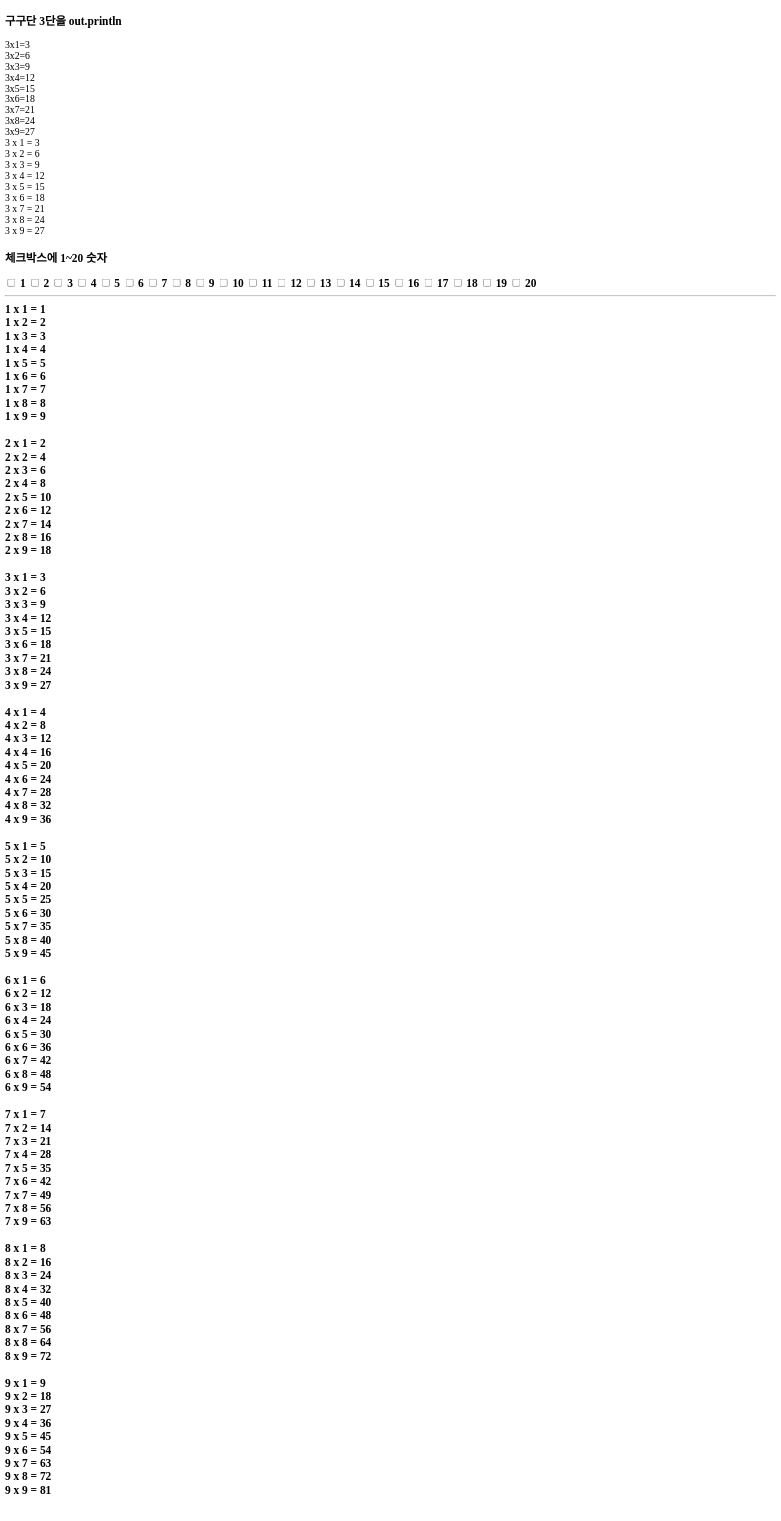
Repository: hyejux/jsp
Page: http://localhost/JSPBasic/jspTag/script02.jsp
An editor plug-in stored every save of this project. The page is shown before and after the next save, followed by the edit.
The browser window is 1280 px wide. The pictures show the whole page, at 61% of full size.
The page is served by Tomcat 10. Other server files are loaded and not shown.

Above is the page before, as saved 2024-06-25 02:19:18.

### JSPBasic/src/main/webapp/jspTag/script02.jsp
<%@ page language="java" contentType="text/html; charset=UTF-8"
    pageEncoding="UTF-8"%>
<!DOCTYPE html>
<html>
<head>
<meta charset="UTF-8">
<title>Insert title here</title>
</head>
<body>


	<h3> 구구단 3단을 out.println </h3>

	<%
		for (int i = 1; i<=9; i++){
			out.println(3 + "x" + i + "=" + i*3 + "<br>");
		}
	%>


		<% for (int i = 1; i<=9; i++){ %>
			3  x <%= i  %> = <%= i*3 %> <br>
		<% } %>




	<h3> 체크박스에 1~20 숫자 <h3>

	<% for (int i = 1; i<=20; i++) { %>
	<input type="checkbox"> <%= i %>
	 <% } %>
	 <br><hr>
	 <% for (int i = 1; i<=9; i++) { %>
	 <% for (int j = 1; j<=9; j++) { %>
	<%= i %> x <%= j %> = <%= i*j %><br>
	 <% } %>
	 <br>
	 <% } %>



</body>
</html>

After the next save:
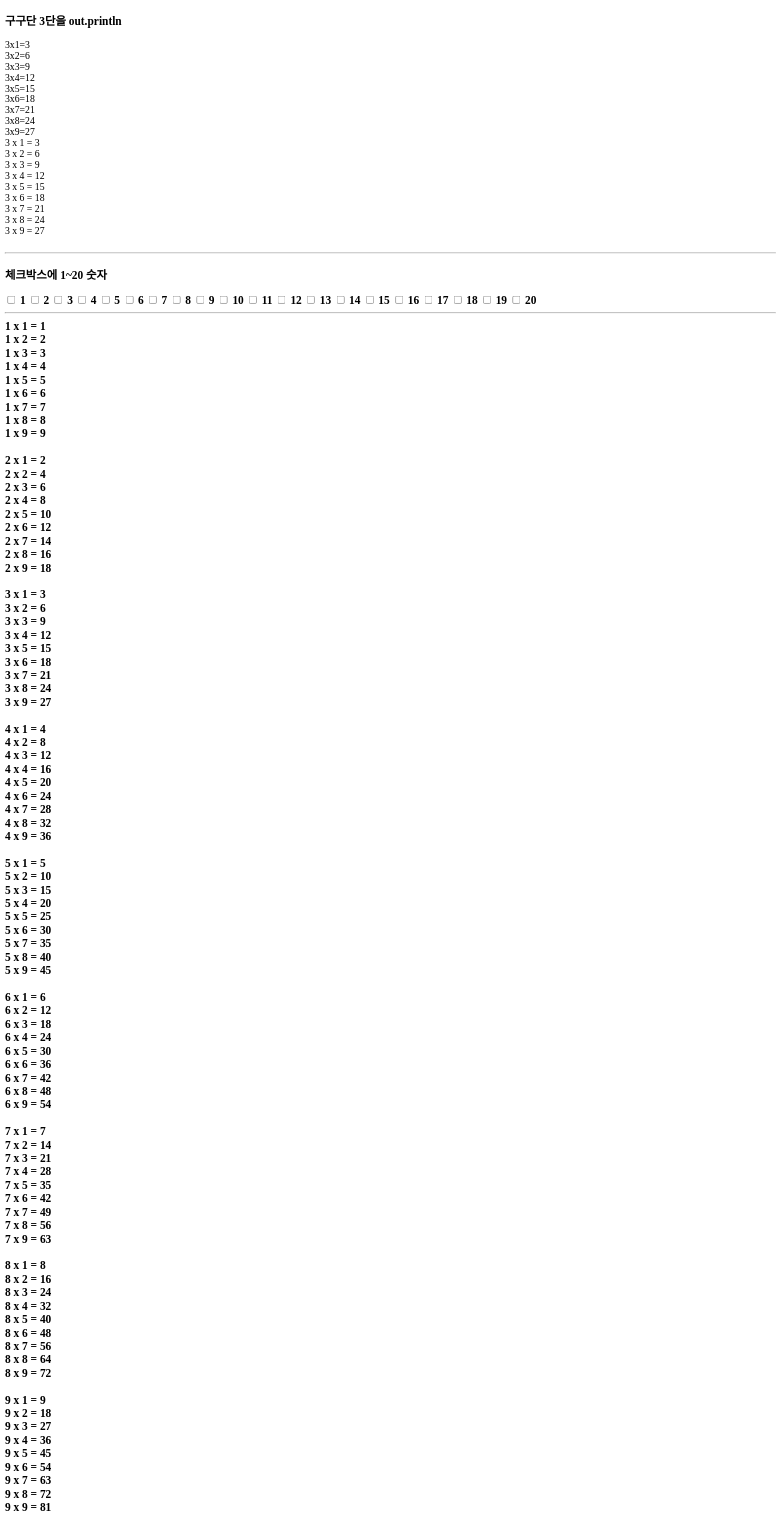
Saved 7 s later.
--- a/JSPBasic/src/main/webapp/jspTag/script02.jsp
+++ b/JSPBasic/src/main/webapp/jspTag/script02.jsp
@@ -22,7 +22,7 @@
 			3  x <%= i  %> = <%= i*3 %> <br>
 		<% } %>
 
-
+	<br><hr>
 
 
 	<h3> 체크박스에 1~20 숫자 <h3>
@@ -30,7 +30,9 @@
 	<% for (int i = 1; i<=20; i++) { %>
 	<input type="checkbox"> <%= i %>
 	 <% } %>
+
 	 <br><hr>
+
 	 <% for (int i = 1; i<=9; i++) { %>
 	 <% for (int j = 1; j<=9; j++) { %>
 	<%= i %> x <%= j %> = <%= i*j %><br>
